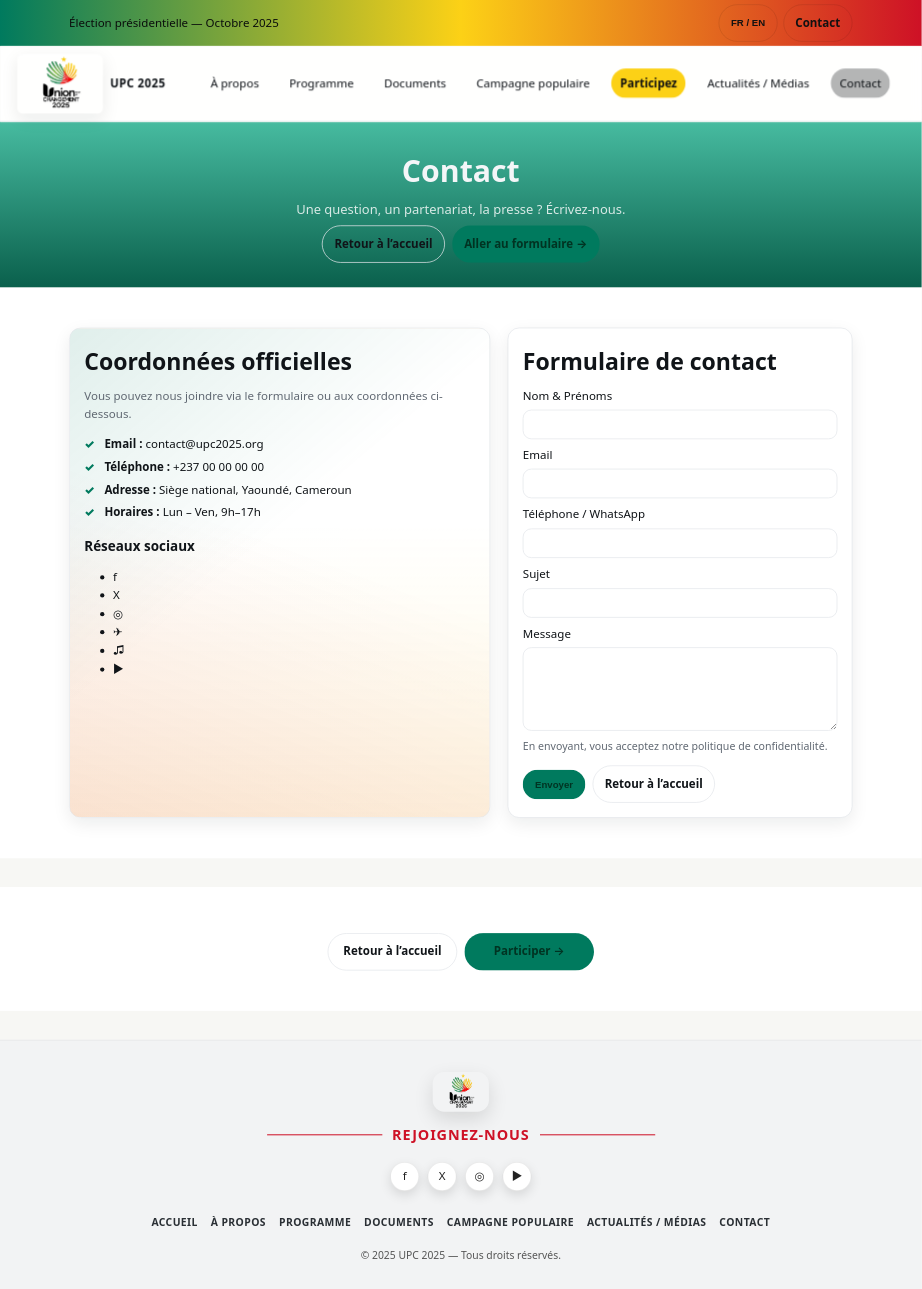
Repository: Kishny/upc2025
Page: contact.html
The author's editor kept a copy of each file at every save. The page is drawn from the files as they stood at one save, then again after the next save.
The browser window is 1280 px wide. The pictures show the whole page, at 72% of full size.

Above is the page before, as saved 2025-09-11 14:45:22.

### contact.html
<!DOCTYPE html>
<html lang="fr">
  <head>
    <meta charset="utf-8" />
    <meta name="viewport" content="width=device-width,initial-scale=1" />
    <title data-i18n="contact_page_title">Contact — UPC 2025</title>
    <meta
      name="description"
      content="Formulaire de contact, coordonnées officielles et réseaux sociaux de l'Union Pour le Changement 2025."
      data-i18n="contact_page_desc"
    />
    <link rel="preload" href="assets/css/styles.css" as="style" />
    <link rel="stylesheet" href="assets/css/styles.css" />
    <link rel="icon" href="assets/img/logo.png" />
  </head>
  <body>
    <!-- Topbar -->
    <div class="topbar">
      <div class="container">
        <span class="topbar__msg" data-i18n="topbar_msg"
          >Élection présidentielle — Octobre 2025</span
        >
        <div class="topbar__actions">
          <button
            id="langToggle"
            class="btn btn--ghost"
            aria-label="Toggle language"
          >
            FR / EN
          </button>
          <a class="btn btn--ghost" href="contact.html" data-i18n="contact"
            >Contact</a
          >
        </div>
      </div>
    </div>

    <!-- Header -->
    <header class="header">
      <div class="container header__inner">
        <a href="index.html" class="brand">
          <img src="assets/img/logo.png" alt="UPC 2025" class="brand__logo" />
          <span class="brand__title">UPC 2025</span>
        </a>
        <nav id="nav" class="nav" aria-label="Navigation principale">
          <a href="a-propos.html" data-i18n="nav_about">À propos</a>
          <a href="programme.html" data-i18n="nav_program">Programme</a>
          <a href="documents-officiels.html" data-i18n="nav_docs">Documents</a>
          <a href="campagne-populaire.html" data-i18n="nav_campaign"
            >Campagne populaire</a
          >
          <a href="participez.html" class="nav__cta" data-i18n="nav_join"
            >Participez</a
          >
          <a href="actualites-medias.html" data-i18n="nav_news_media"
            >Actualités / Médias</a
          >
          <a href="contact.html" class="active" data-i18n="contact">Contact</a>
        </nav>
        <button id="burger" class="burger" aria-label="Menu">
          <span></span><span></span><span></span>
        </button>
      </div>
    </header>

    <!-- Hero compact -->
    <section class="hero" style="min-height: clamp(180px, 32vh, 360px)">
      <div class="hero__content container">
        <h1 class="hero__title" data-i18n="contact_title">Contact</h1>
        <p class="hero__subtitle" data-i18n="contact_subtitle">
          Une question, un partenariat, la presse ? Écrivez-nous.
        </p>
        <div class="hero__cta">
          <a href="index.html" class="btn btn--outline" data-i18n="back_home"
            >← Retour à l’accueil</a
          >
          <a href="#form" class="btn btn--primary" data-i18n="goto_form"
            >Aller au formulaire →</a
          >
        </div>
      </div>
    </section>

    <main>
      <!-- Coordonnées + Formulaire -->
      <section class="section">
        <div class="container grid-2">
          <!-- Coordonnées officielles -->
          <aside class="card gradient-cm">
            <h2 style="margin-top: 0" data-i18n="contact_block_title">
              Coordonnées officielles
            </h2>
            <p class="muted" data-i18n="contact_block_desc">
              Vous pouvez nous joindre via le formulaire ou aux coordonnées
              ci-dessous.
            </p>

            <ul class="checklist" style="margin-top: 10px">
              <li>
                <strong data-i18n="contact_email_label">Email :</strong>
                <a href="mailto:contact@upc2025.org">contact@upc2025.org</a>
              </li>
              <li>
                <strong data-i18n="contact_phone_label">Téléphone :</strong>
                <a href="tel:+237000000000">+237 00 00 00 00</a>
              </li>
              <li>
                <strong data-i18n="contact_addr_label">Adresse :</strong>
                <span data-i18n="contact_addr_value"
                  >Siège national, Yaoundé, Cameroun</span
                >
              </li>
              <li>
                <strong data-i18n="contact_hours_label">Horaires :</strong>
                <span data-i18n="contact_hours_value">Lun – Ven, 9h–17h</span>
              </li>
            </ul>

            <!-- Réseaux -->
            <h3 style="margin: 18px 0 8px" data-i18n="socials_title">
              Réseaux sociaux
            </h3>
            <ul class="footer__socials" style="justify-content: flex-start">
              <li>
                <a
                  class="sbtn"
                  href="https://facebook.com/"
                  target="_blank"
                  aria-label="Facebook"
                  >f</a
                >
              </li>
              <li>
                <a
                  class="sbtn"
                  href="https://twitter.com/"
                  target="_blank"
                  aria-label="X/Twitter"
                  >X</a
                >
              </li>
              <li>
                <a
                  class="sbtn"
                  href="https://instagram.com/"
                  target="_blank"
                  aria-label="Instagram"
                  >◎</a
                >
              </li>
              <li>
                <a
                  class="sbtn"
                  href="https://t.me/"
                  target="_blank"
                  aria-label="Telegram"
                  >✈</a
                >
              </li>
              <li>
                <a
                  class="sbtn"
                  href="https://tiktok.com/"
                  target="_blank"
                  aria-label="TikTok"
                  >♫</a
                >
              </li>
              <li>
                <a
                  class="sbtn"
                  href="https://youtube.com/"
                  target="_blank"
                  aria-label="YouTube"
                  >▶</a
                >
              </li>
            </ul>
          </aside>

          <!-- Formulaire -->
          <section id="form" class="card">
            <h2 style="margin-top: 0" data-i18n="contact_form_title">
              Formulaire de contact
            </h2>
            <form id="form-contact" novalidate>
              <label>
                <span data-i18n="field_name">Nom & Prénoms</span>
                <input type="text" name="name" required />
              </label>

              <label>
                <span data-i18n="field_email">Email</span>
                <input type="email" name="email" required />
              </label>

              <label>
                <span data-i18n="field_phone">Téléphone / WhatsApp</span>
                <input type="tel" name="phone" />
              </label>

              <label>
                <span data-i18n="field_subject">Sujet</span>
                <input type="text" name="subject" required />
              </label>

              <label>
                <span data-i18n="field_message">Message</span>
                <textarea name="message" rows="6" required></textarea>
              </label>

              <p class="form__small" data-i18n="privacy_note">
                En envoyant, vous acceptez notre politique de confidentialité.
              </p>

              <div class="hero__cta" style="justify-content: flex-start">
                <button
                  type="submit"
                  class="btn btn--primary"
                  data-i18n="btn_send_msg"
                >
                  Envoyer
                </button>
                <a
                  href="index.html"
                  class="btn btn--outline"
                  data-i18n="back_home"
                  >← Retour à l’accueil</a
                >
              </div>

              <div class="form__alert" hidden aria-live="polite"></div>
            </form>
          </section>
        </div>
      </section>

      <!-- Navigation courte (cohérence) -->
      <section class="section nav-cta">
        <div class="container hero__cta">
          <a href="index.html" class="btn btn--outline" data-i18n="back_home"
            >← Retour à l’accueil</a
          >
          <a
            href="participez.html"
            class="btn btn--primary"
            data-i18n="goto_participate"
            >Participer →</a
          >
        </div>
      </section>
    </main>

    <!-- Footer propre -->
    <footer class="footer footer--clean">
      <div class="container footer__wrap">
        <img src="assets/img/logo.png" alt="UPC 2025" class="footer__logo" />
        <div class="footer__titleline">
          <span class="footer__line"></span>
          <h3 class="footer__title" data-i18n="footer_join">REJOIGNEZ-NOUS</h3>
          <span class="footer__line"></span>
        </div>

        <ul class="footer__socials">
          <li>
            <a class="sbtn" href="#" aria-label="Facebook" title="Facebook"
              >f</a
            >
          </li>
          <li>
            <a class="sbtn" href="#" aria-label="X / Twitter" title="X">X</a>
          </li>
          <li>
            <a class="sbtn" href="#" aria-label="Instagram" title="Instagram"
              >◎</a
            >
          </li>
          <li>
            <a class="sbtn" href="#" aria-label="YouTube" title="YouTube">▶</a>
          </li>
        </ul>

        <nav class="footer__nav">
          <a href="index.html" data-i18n="footer_home">Accueil</a>
          <a href="a-propos.html" data-i18n="nav_about">À propos</a>
          <a href="programme.html" data-i18n="nav_program">Programme</a>
          <a href="documents-officiels.html" data-i18n="nav_docs">Documents</a>
          <a href="campagne-populaire.html" data-i18n="nav_campaign"
            >Campagne</a
          >
          <a href="actualites-medias.html" data-i18n="nav_news_media"
            >Actualités / Médias</a
          >
          <a href="contact.html" data-i18n="contact">Contact</a>
        </nav>

        <small class="footer__copy">
          © <span id="year"></span> UPC 2025 —
          <span data-i18n="rights">Tous droits réservés.</span>
        </small>
      </div>
    </footer>

    <script src="assets/js/app.js" defer></script>
  </body>
</html>

Loaded but not shown: assets/js/app.js (961 lines, source omitted); assets/css/styles.css (1173 lines, source omitted)

After the next save:
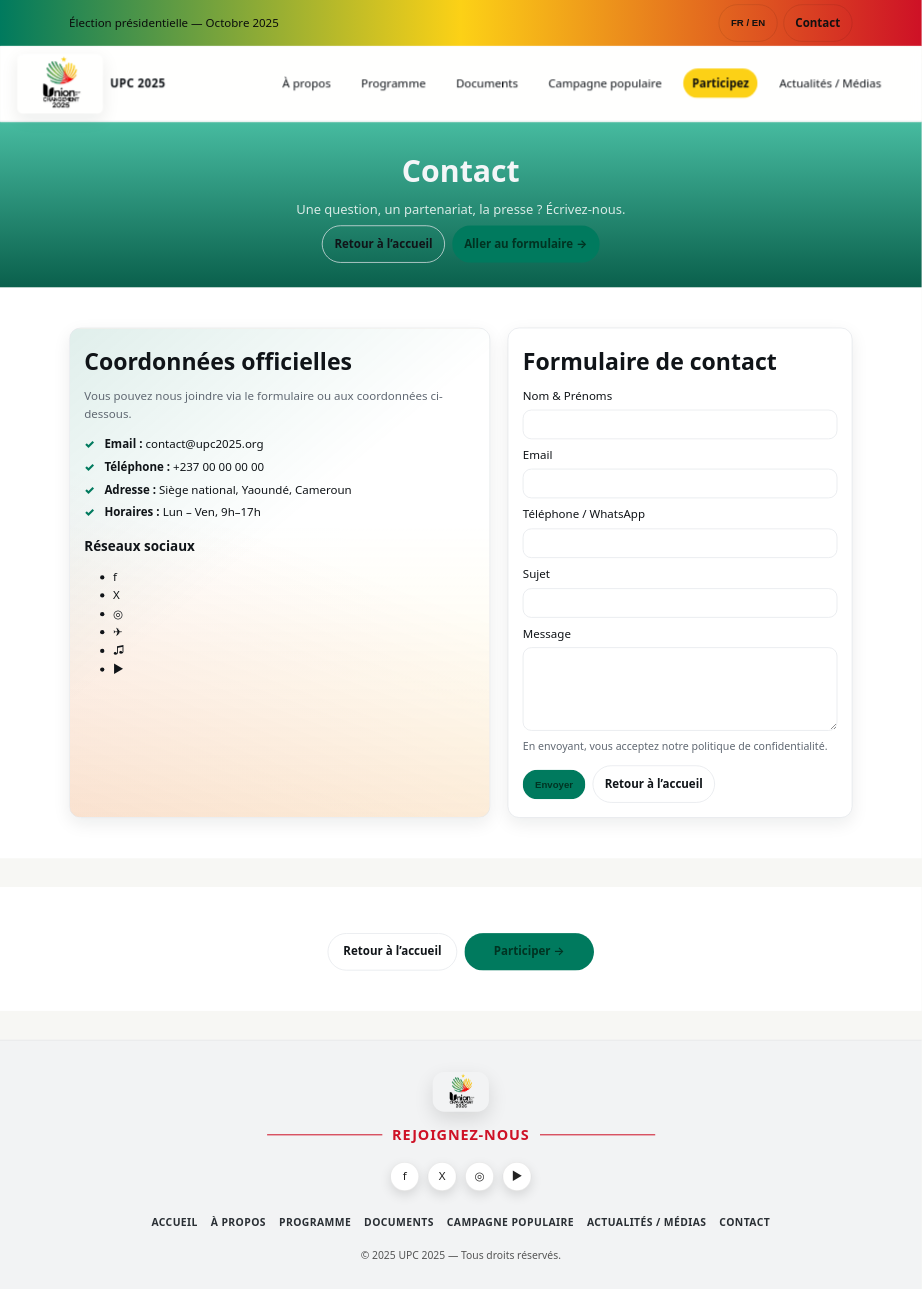
Saved 7 min 33 s later.
--- a/contact.html
+++ b/contact.html
@@ -55,7 +55,6 @@
           <a href="actualites-medias.html" data-i18n="nav_news_media"
             >Actualités / Médias</a
           >
-          <a href="contact.html" class="active" data-i18n="contact">Contact</a>
         </nav>
         <button id="burger" class="burger" aria-label="Menu">
           <span></span><span></span><span></span>
